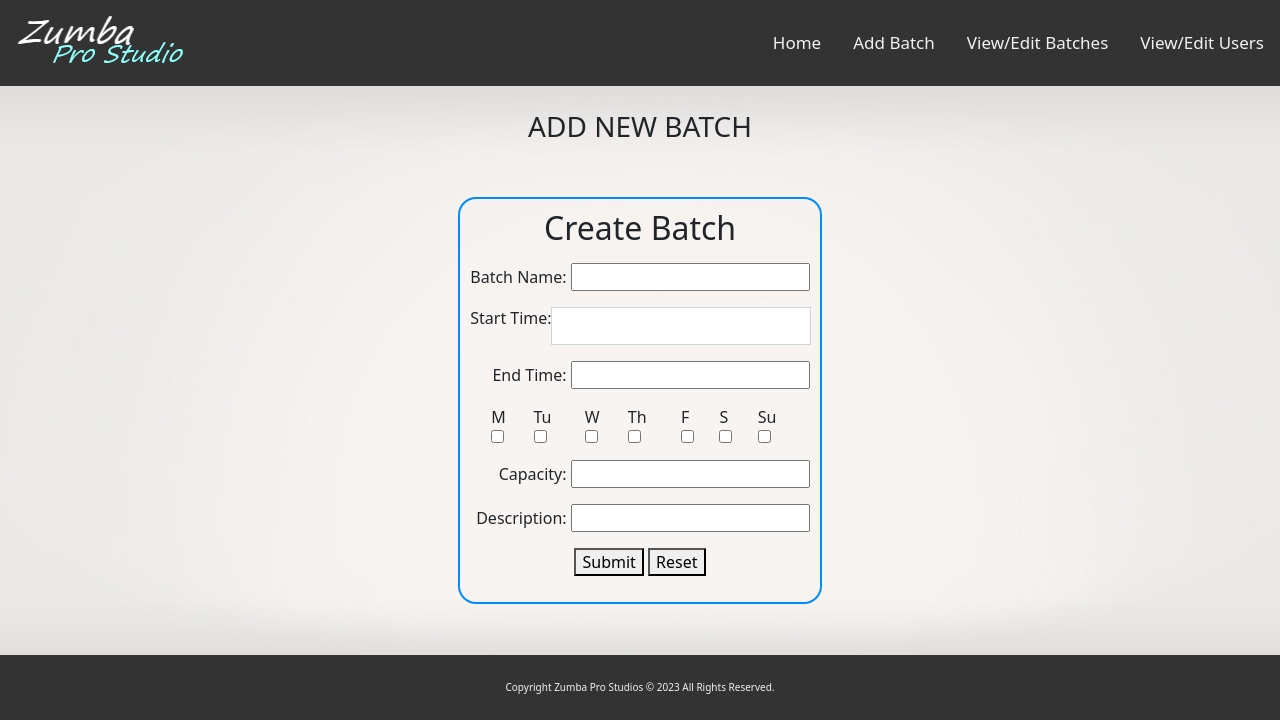
Repository: basemsamuel/Zumba
Page: http://localhost/ZumbaProStudio/addbatch.jsp
These files come from the project's save history. The page is drawn as it stood at one moment and after the next save; the edit follows.
The browser window is 1280 px wide. The pictures show the whole page.
The page is served by Tomcat 10. Other server files are loaded and not shown.

Above is the page before, as saved 2023-07-30 23:35:22.

### ZumbaProStudio/src/main/webapp/addbatch.jsp
<jsp:include page="adminheader.jsp"></jsp:include>
<div class="mycontainer">
	<div align="center">
	<br>
	<h3>ADD NEW BATCH</h3>
	<br>
	<br>

	<div>
		<table class="formtable">
			<tr>
				<td style="padding: 10px;">
					<div class='center'>
						<form style="width: 100%;" action="Admin" method = "POST">
						    <h2>Create Batch</h2>
						    <input type="hidden" name="htmlFormName" value="AddBatch" />
						    <div>
						        <p>
							        <div class='right'>
							            <label for="name">Batch Name:</label>
							            <input type="text" id="name" name="name">
							        </div>
						        </p>
						    </div>

						    <div class='form-group'>
						        <p>
							        <div class='right input-group date'>
							            <label for="stime">Start Time:</label>
							            <input type='text' class="form-control" id="stime" name="stime"><span class="input-group-addon"><span class="glyphicon glyphicon-calendar"></span></span>
							        </div>
						        </p>
						    </div>


						    <div>
						        <p>
							        <div class='right'>
							            <label for="etime">End Time:</label>
							            <input class="datepicker" data-date-format="mm/dd/yyyy" id="etime" name="etime">
							        </div>
						        </p>
						    </div>

						    <div>
						        <p>
							        <div style="padding-left:20px;">
							        	<Table width="100%">
							        		<tr>
							        			<td>M</td>
							        			<td>Tu</td>
							        			<td>W</td>
							        			<td>Th</td>
							        			<td>F</td>
							        			<td>S</td>
							        			<td>Su</td>
							        		</tr>
							        		<tr>
							        			<td>
										            <input type="checkbox" id="M" name="M" value="M">
							        			</td>
							        			<td>
										            <input type="checkbox" id="Tu" name="Tt" value="Tu">
							        			</td>
							        			<td>
										            <input type="checkbox" id="W" name="W" value="W">
							        			</td>
							        			<td>
										            <input type="checkbox" id="Th" name="Th" value="Th">
							        			</td>
							        			<td>
										            <input type="checkbox" id="F" name="F" value="F">
							        			</td>
							        			<td>
										            <input type="checkbox" id="S" name="S" value="S">
							        			</td>
							        			<td>
										            <input type="checkbox" id="Su" name="Su" value="Su">
							        			</td>
							        		</tr>
							        	</Table>

							        </div>
						        </p>
						    </div>

						    <div>
						        <p>
							        <div class='right'>
							            <label for="capacity">Capacity:</label>
							            <input type="number" id="capacity" name="capacity">
							        </div>
						        </p>
						    </div>

						    <div>
						        <p>
							        <div class='right'>
							            <label for="description">Description:</label>
							            <input type="text" id="description" name="description">
							        </div>
						        </p>
						    </div>
						    <div>
 						        <p>
						            <button type="submit" value="Submit">Submit</button>
						            <button type="reset" value="Reset">Reset</button>
						        </p>
						    </div>
						</form>
					</div>
				</td>
			</tr>
		</table>
		<br>
		<div class="emsg">
			<p>
				${batcherrorMessage}
			</p>
		</div>
	</div>
</div>
<jsp:include page="footer.jsp"></jsp:include>

### ZumbaProStudio/src/main/webapp/adminheader.jsp
<html lang="en">

<head>
    <meta charset="UTF-8">
    <meta http-equiv="X-UA-Compatible" content="IE=edge">
    <meta name="viewport" content="width=device-width, initial-scale=1.0">
    <title>Document</title>
    <link href="https://cdn.jsdelivr.net/npm/bootstrap@5.1.3/dist/css/bootstrap.min.css" rel="stylesheet" integrity="sha384-1BmE4kWBq78iYhFldvKuhfTAU6auU8tT94WrHftjDbrCEXSU1oBoqyl2QvZ6jIW3" crossorigin="anonymous">
    <link rel="stylesheet" type="text/css" href="css/styles.css" />
</head>

<body>
	 <div class="topnav">
		<img src="images/logo.png" alt="Zumba Pro Studio">
		<!-- <a class="active" href="#home">Home</a> -->
		<a href="adminusers.jsp">View/Edit Users</a>
		<a href="admin.jsp">View/Edit Batches</a>
		<a href="addbatch.jsp">Add Batch</a>
		<a href="index.jsp">Home</a>
	</div>

### ZumbaProStudio/src/main/webapp/footer.jsp
<footer>
	Copyright Zumba Pro Studios © 2023 All Rights Reserved.
</footer>
</body>
</html>

### ZumbaProStudio/src/main/webapp/css/styles.css
		.topnav {
			 background-color: #333;
			 overflow: hidden;
				}

		/* Style the links inside the navigation bar */
		.topnav a {
			 float: right;
			 color: #f2f2f2;
			 text-align: center;
			 padding: 30px 16px;
			 text-decoration: none;
			 font-size: 17px;
		}

		.topnav img {
			 float: left;
			 color: #f2f2f2;
			 text-align: center;
			 padding: 14px 16px;
			 text-decoration: none;
			 font-size: 17px;
			 height: 80px;
		}

		/* Change the color of links on hover */
		.topnav a:hover {
			 background-color: #ddd;
			 color: black;
		}

		/* Add a color to the active/current link */
		.topnav a.active {
			 background-color: #04AA6D;
			 color: white;
		}

		footer {
		    background-color: #333;
		    color: #f2f2f2;
		    grid-area: footer;
		    width: 100%;
		    position: absolute;
  			bottom: 0;
  			padding: 25px;
  			text-align: center;
  			font-size: 10px;
		}

		.centerimage {
			height: 100%;
			width: auto;
			display: block;
			margin-left: auto;
			margin-right: auto;

		}

		.center {
			text-align: center;
		}
		.right {
			text-align: right;
		}

		.formtable {
			border-collapse: collapse;
			border-radius: 16px;
			box-shadow: 0 0 0 2px rgb(0, 140, 255);
		}

		.mycontainer {
			height: calc(100% - 150px);
			width: 100%;
			background-image: url('../images/bg.jpg');
			background-color: #333; /* Used if the image is unavailable */
			background-position: center; /* Center the image */
			background-repeat: no-repeat; /* Do not repeat the image */
			background-size: cover; /* Resize the background image to cover the entire container */
		}

		.emsg {
			font-size: 13px;
			color: #FF0000;
		}

After the next save:
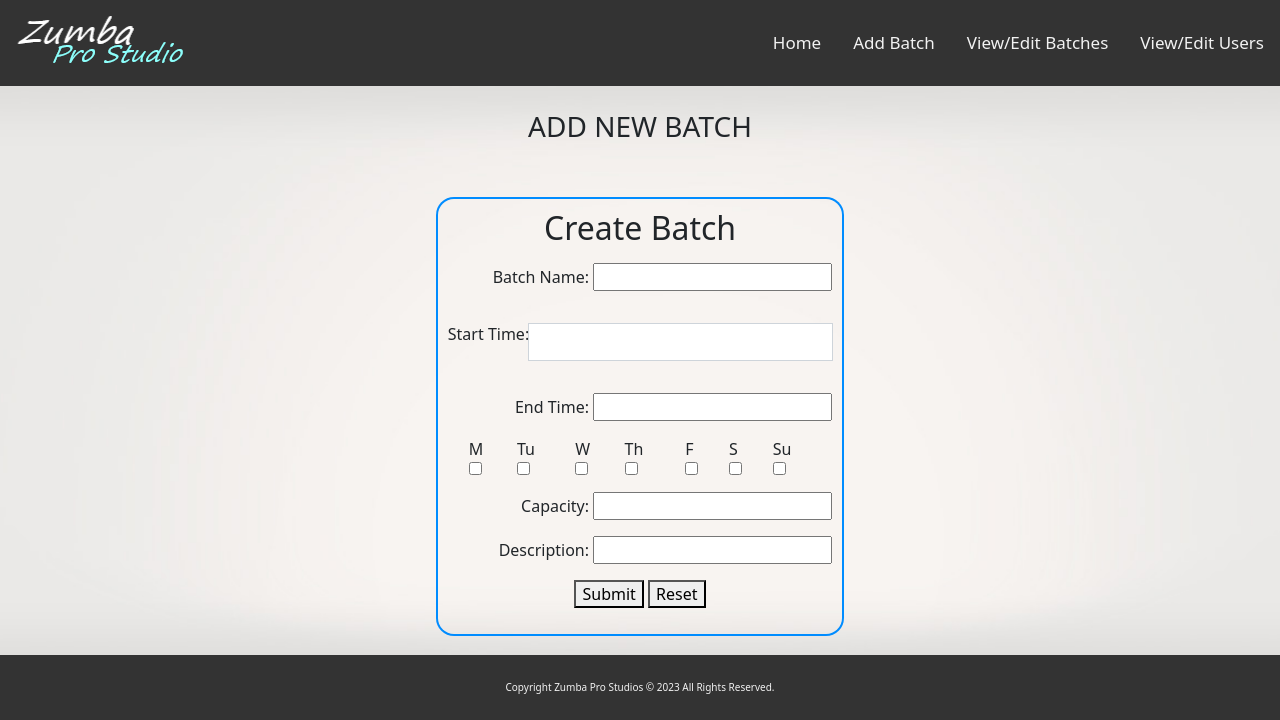
Saved 27 s later.
--- a/ZumbaProStudio/src/main/webapp/addbatch.jsp
+++ b/ZumbaProStudio/src/main/webapp/addbatch.jsp
@@ -23,7 +23,7 @@
 						        </p>
 						    </div>
 
-						    <div class='form-group'>
+						    <div class='form-group row'>
 						        <p>
 							        <div class='right input-group date'>
 							            <label for="stime">Start Time:</label>

After the save that followed:
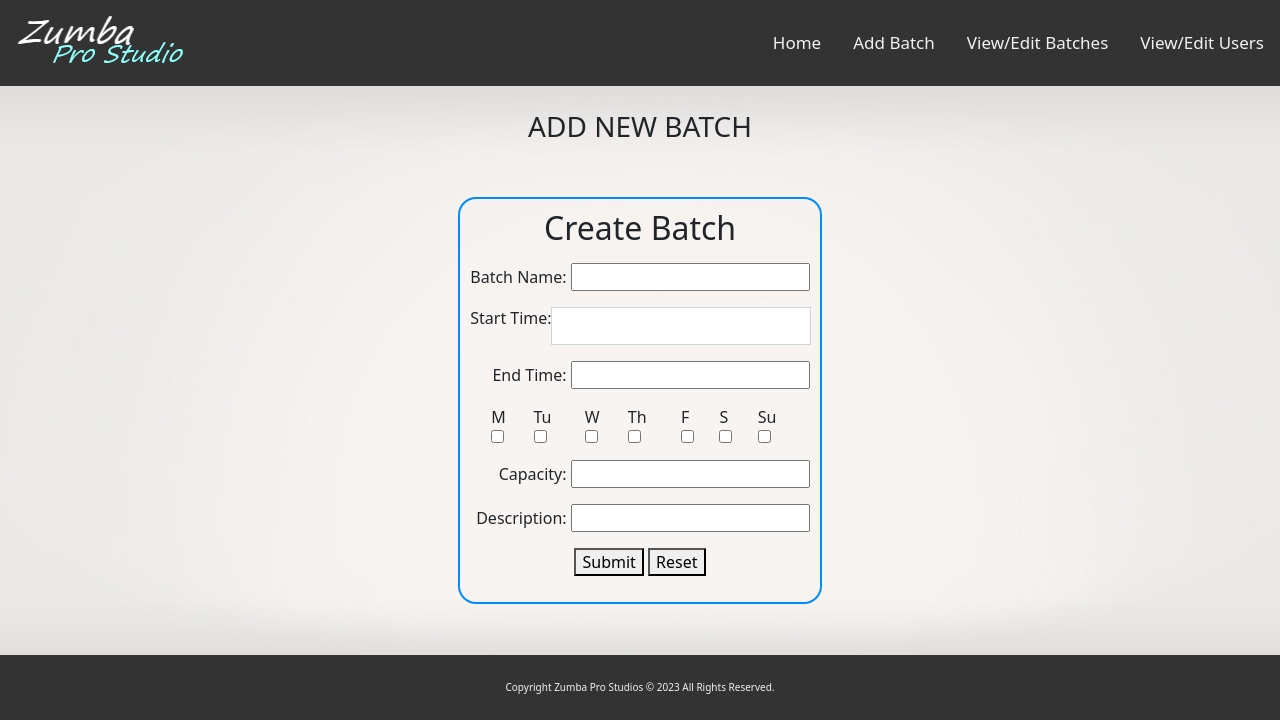
Saved 11 s later.
--- a/ZumbaProStudio/src/main/webapp/addbatch.jsp
+++ b/ZumbaProStudio/src/main/webapp/addbatch.jsp
@@ -23,7 +23,7 @@
 						        </p>
 						    </div>
 
-						    <div class='form-group row'>
+						    <div class='form-group'>
 						        <p>
 							        <div class='right input-group date'>
 							            <label for="stime">Start Time:</label>
